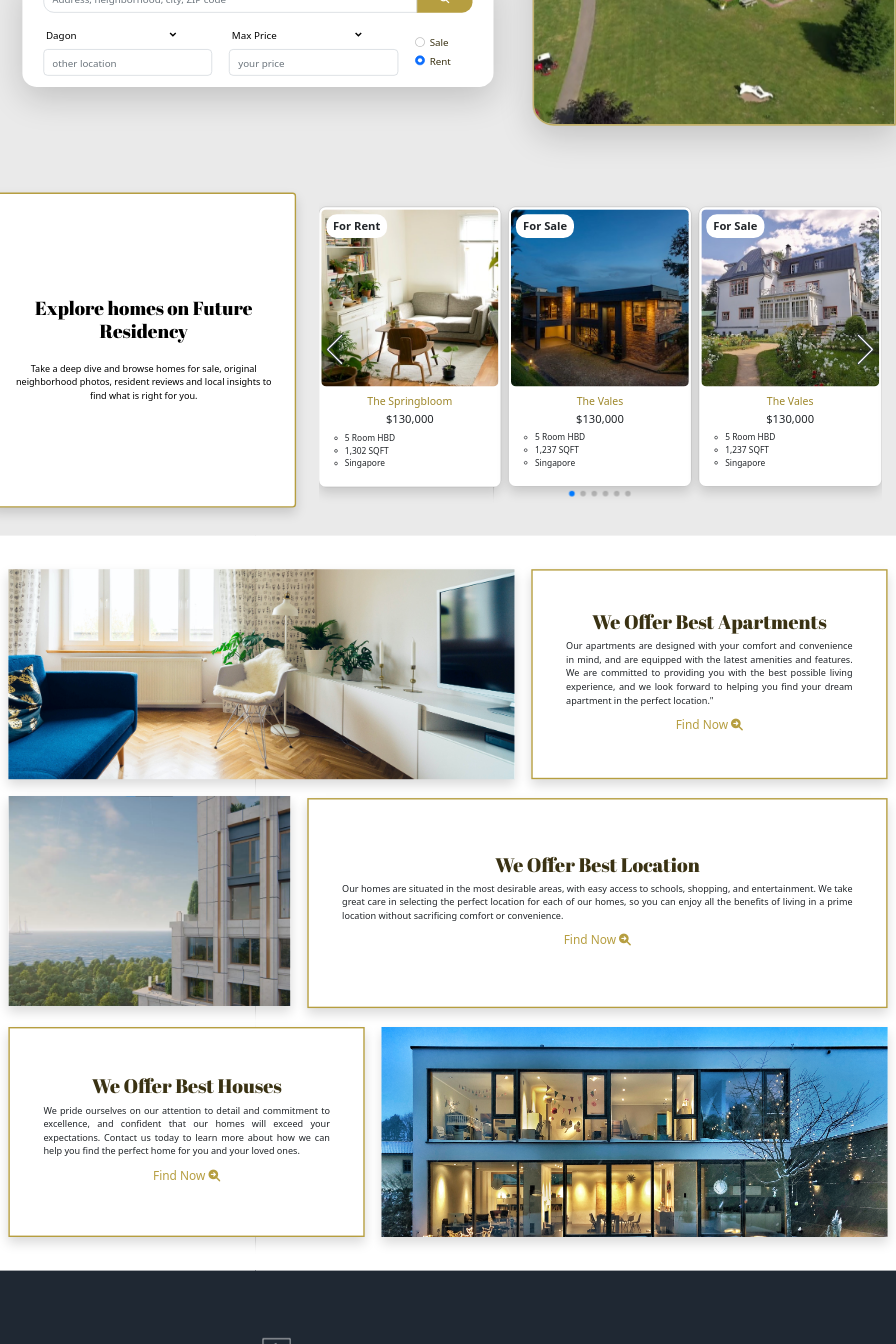
Repository: pyaestk/Future-residency
Page: index.html
The author's editor kept a copy of each file at every save. The page is drawn from the files as they stood at one save, then again after the next save.
The browser window is 1280 px wide. The pictures show the part of the page from y = 483 to 2403 px (the page is 2739 px tall), at 70% of full size.
Pictures or frames that could not be fetched are drawn as grey boxes.

Above is the page before, as saved 2022-12-15 17:57:11.

After the next save:
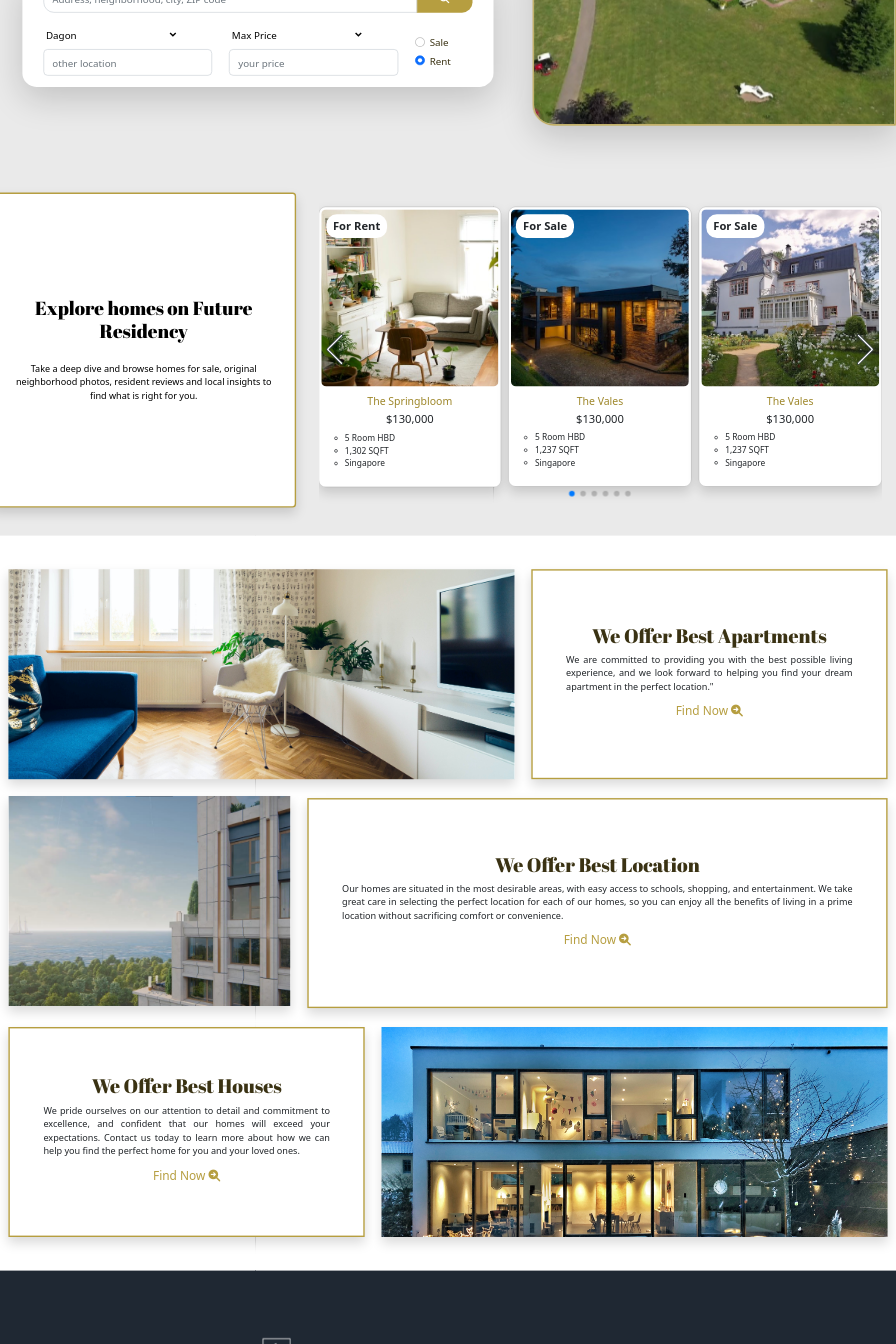
Saved 32 s later.
--- a/index.html
+++ b/index.html
@@ -397,7 +397,7 @@
       <div class=" col-md-5 d-flex flex-column justify-content-center">
         <div class="pic1-caption d-flex flex-column justify-content-center px-5 align-items-center shadow" >
           <h3 class="reveal">We Offer Best Apartments</h3>
-          <span class="reveal2">Our apartments are designed with your comfort and convenience in mind, and are equipped with the latest amenities and features.
+          <span class="reveal2">
             We are committed to providing you with the best possible living experience, and we look forward to helping you find your dream apartment in the perfect location."
           </span>
           <a href="properties.html" class="text-decoration-none"><h6 class="reveal3">Find Now <i class="fa-solid fa-magnifying-glass-arrow-right"></i></h6></a>
